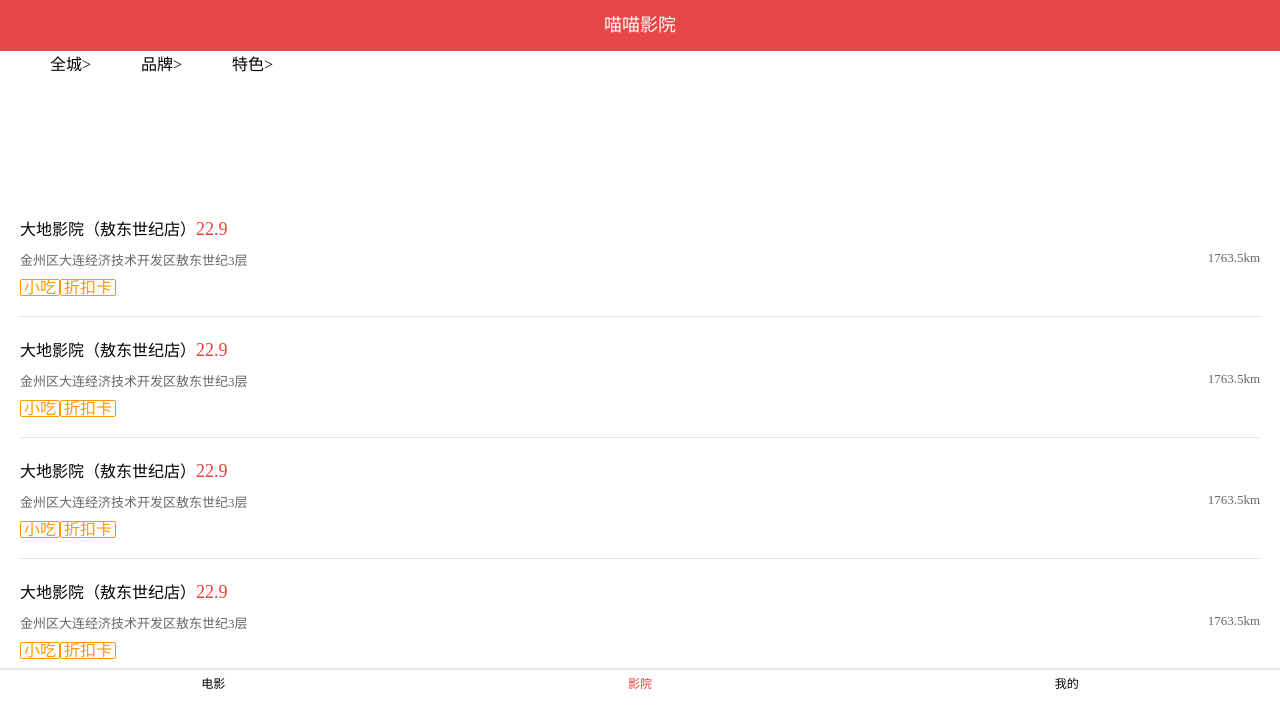
Repository: X-J-0/miaomiao_film
Page: /cinema (app in miaomiao/)
The author's editor kept a copy of each file at every save. The page is drawn from the files as they stood at one save, then again after the next save.
The browser window is 1280 px wide. The pictures show the whole page.
The project was rebuilt for these pictures with package versions that can differ from the ones it lists, and the page was loaded fresh each time. Also part of the build but not shown: miaomiao/src/components/Allocate/index.vue. Imported but missing from the stored project, and not drawn on this page: miaomiao/src/components/Brand, miaomiao/src/components/Special.

Above is the page before, as saved 2020-03-24 19:41:06.

### miaomiao/public/index.html
<!DOCTYPE html>
<html lang="en">
  <head>
    <meta charset="utf-8">
    <meta http-equiv="X-UA-Compatible" content="IE=edge">
    <meta name="viewport" content="width=device-width,initial-scale=1.0,user-scalable=no">
    <link rel="icon" href="<%= BASE_URL %>favicon.ico">
    <link rel="stylesheet" href="<%= BASE_URL %>css/common.css">
    <!-- <link rel="stylesheet" href="<%= BASE_URL %>css/common.css"> -->
    <title><%= htmlWebpackPlugin.options.title %></title>
  </head>
  <body>
    <noscript>
      <strong>We're sorry but <%= htmlWebpackPlugin.options.title %> doesn't work properly without JavaScript enabled. Please enable it to continue.</strong>
    </noscript>
    <div id="app"></div>
    <!-- built files will be auto injected -->
  </body>
</html>

### miaomiao/src/App.vue
<template>
    <keep-alive>
        <router-view/>
    </keep-alive>
</template>

<style lang="scss">
</style>

### miaomiao/src/router/index.js
import Vue from 'vue'
import VueRouter from 'vue-router'
import movieRouter from './movie'
import mineRouter from './mine'
import cinemaRouter from './cinema'

Vue.use(VueRouter)


const router = new VueRouter({
  mode: 'history',
  base: process.env.BASE_URL,
  routes: [
    movieRouter,
    mineRouter,
    cinemaRouter,
    {
      path:'/*',
      redirect:'/movie'
    }
  ]
})

export default router

### miaomiao/src/router/movie/index.js
export default {
    path:'/movie',
    component : () => import('@/views/Movie'),
    children:[
        {
            path:'city',
            component:()=>import('@/components/City')
        },
        {
            path:'nowPlaying',
            component:()=>import('@/components/NowPlaying')
        },
        {
            path:'comingSoon',
            component:()=>import('@/components/ComingSoon')
        },
        {
            path:'search',
            component:()=>import('@/components/Search')
        },
        {
            path:'/movie',
            redirect:'/movie/nowPlaying'
        }
    ]
}

### miaomiao/src/router/mine/index.js
export default {
    path:'/mine',
    component : () => import('@/views/Mine'),
    children:[
        {
            path:'center',
            component:()=>import('@/views/Mine/center.vue')
        },
        {
            path:'login',
            component:()=>import('@/components/Login')
        },
        {
            path:'register',
            component:()=>import('@/components/Register')
        },
        {
            path:'findPassword',
            component:()=>import('@/components/FindPassword')
        },
        {
            path:'/mine',
            redirect:'center'
        }
    ]
}

### miaomiao/src/router/cinema/index.js
export default {
    path:'/cinema',
    component : () => import('@/views/Cinema'),
    children:[
        {
            path:'allocate',
            component:()=>import('@/components/Allocate')
        },
        {
            path:'brand',
            component:()=>import('@/components/Brand')
        },
        {
            path:'special',
            component:()=>import('@/components/Special')
        },
        {
            path:'/cinema',
            redirect:'/cinema/allocate'
        }
    ]
}

### miaomiao/src/views/Cinema/index.vue
<template>
    <div id="main">
        <Header title="喵喵影院" />
        <div id="content">
          <ul class="cinema_menu">
            <li class="city_switch">
              全城>
            </li>
            <li class="brand_switch">
              品牌>
            </li>
            <li class="feature_switch">
              特色>
            </li>
          </ul>
        </div>
        <Clist/>
        <TabBar />
    </div>
</template>

<script>

import Header from '@/components/Header';
import TabBar from '@/components/TabBar';
import Clist from '@/components/Clist';
export default {
  name:'Cinema',
    components : {
    Header,
    TabBar,
    Clist
  },
  data(){
   return {

   }
  }
}
</script>

<style scoped>
.cinema_menu li{
  margin-left:50px;
  float:left;
}
</style>

### miaomiao/src/components/Header/index.vue
<template>
    <header id="header">
        <h1>{{title}}</h1>
    </header>
</template>

<script>
export default {
  name:'Header',
  props:{
      title:{
          type:String,
          default:'喵喵电影'
      }
  }
}
</script>

<style scoped>
#header{width:100%;height:50px;color:#fff;background-color: #e54847;border-bottom:1px solid #e54847;position: relative;}
#header h1{font-size:18px;text-align: center;line-height: 50px; font-weight: normal;}
#header i{position:absolute;left:5px;top:50%;margin-top:-13px;font-size:26px;}
</style>

### miaomiao/src/components/TabBar/index.vue
<template>
    <footer id="footer">
        <ul>
            <router-link tag="li" to="/movie">
                <!-- <i class="iconfont icon-dianying"></i> -->
                <p>电影</p>
            </router-link>
            <router-link tag="li" to="/cinema">
                <!-- <i class="iconfont icon-yingyuan"></i> -->
                <p>影院</p>
            </router-link>
            <router-link tag="li" to="/mine">
                <!-- <i class="iconfont icon-dianying"></i> -->
                <p>我的</p>
            </router-link>
        </ul>
    </footer>
</template>

<script>
export default {
  name:'Footer',
  data(){
   return {

   }
  }
}
</script>

<style scoped>
#footer{width:100%; height:50px;background-color: #fff;border-top:2px #ebe8e3 solid;position:fixed;left:0;bottom:0;}
#footer ul{display:flex;text-align: center;height:50px;align-items:center;}
#footer ul li{flex:1;height:40px;}
#footer ul li.active{color:#f03d37;}
#footer ul li.router-link-active{color:#f03d37;}
#footer ul i{font-size:20px;}
#footer ul p{font-size:12px;line-height:18px;}
</style>

### miaomiao/src/components/Clist/index.vue
<template>
<div class="cinema_body">
    <ul>
        <li>
            <div>
                <span>大地影院（敖东世纪店）</span>
                <span class="q"><span class="price">22.9</span></span>
            </div>
            <div class="address">
                <span>金州区大连经济技术开发区敖东世纪3层</span>
                <span>1763.5km</span>
            </div>
            <div class="card">
                <div>小吃</div>
                <div>折扣卡</div>
            </div>
        </li>
        <li>
            <div>
                <span>大地影院（敖东世纪店）</span>
                <span class="q"><span class="price">22.9</span></span>
            </div>
            <div class="address">
                <span>金州区大连经济技术开发区敖东世纪3层</span>
                <span>1763.5km</span>
            </div>
            <div class="card">
                <div>小吃</div>
                <div>折扣卡</div>
            </div>
        </li>
        <li>
            <div>
                <span>大地影院（敖东世纪店）</span>
                <span class="q"><span class="price">22.9</span></span>
            </div>
            <div class="address">
                <span>金州区大连经济技术开发区敖东世纪3层</span>
                <span>1763.5km</span>
            </div>
            <div class="card">
                <div>小吃</div>
                <div>折扣卡</div>
            </div>
        </li>
        <li>
            <div>
                <span>大地影院（敖东世纪店）</span>
                <span class="q"><span class="price">22.9</span></span>
            </div>
            <div class="address">
                <span>金州区大连经济技术开发区敖东世纪3层</span>
                <span>1763.5km</span>
            </div>
            <div class="card">
                <div>小吃</div>
                <div>折扣卡</div>
            </div>
        </li>
    </ul>
</div>
</template>

<script>
export default {
  name:'Clist',
  data(){
   return {

   }
  }
}
</script>

<style scoped>
#content .cinema_body{flex:1;overflow:auto;}
.cinema_body ul{padding:20px;}
.cinema_body li{border-bottom:1px solid #e6e6e6;margin-bottom:20px;}
.cinema_body div{margin-bottom:10px;}
.cinema_body .q{font-size:11px;color:#f03d37;}
.cinema_body .price{font-size:18px;}
.cinema_body .address{font-size:13px;color:#666;}
.cinema_body .address span:nth-of-type(2){float:right;}
.cinema_body .card{display:flex;}
.cinema_body .card div{padding:0 3px;height:15px;line-height: 15px;border-radius: 2px;color:#f90;border:1px solid #f90;}
.cinema_body .card div.or{color:#f90;border:1px solid #f90;}
.cinema_body .card div.bl{color:#589daf;border:1px solid #589daf;}
</style>

### miaomiao/public/css/common.css
*{ margin : 0; padding : 0;}
ul,li{ list-style: none}
img{ display: block}
html, body{ height:100%}
.clearfix:after{ content:""; display:block; clear:both}
#main{ height: 100%; display: flex; flex-direction: column;}
#content{ flex:1; overflow:auto; margin-bottom: 50px;position: relative;display: flex;flex-direction: column;}

Loaded but not shown: miaomiao/src/main.js (common file); miaomiao/src/store/index.js (common file)

After the next save:
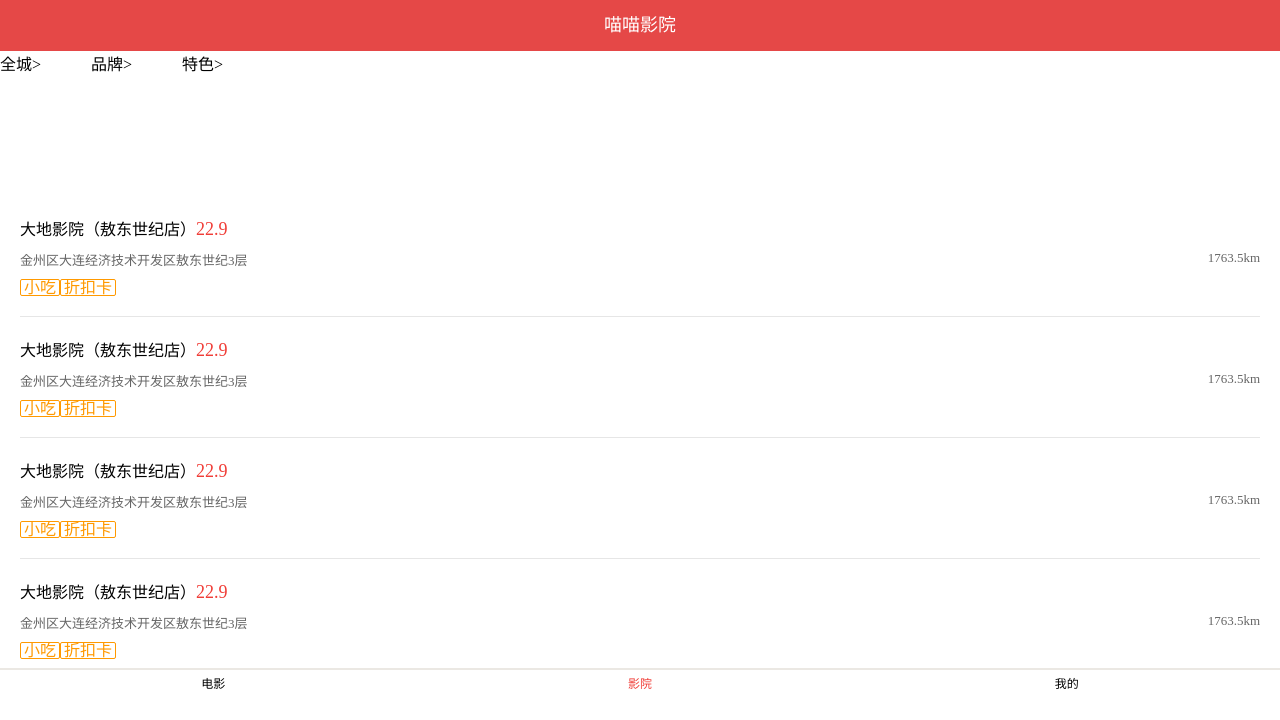
Saved 11 s later.
--- a/miaomiao/src/views/Cinema/index.vue
+++ b/miaomiao/src/views/Cinema/index.vue
@@ -41,7 +41,7 @@ export default {
 
 <style scoped>
 .cinema_menu li{
-  margin-left:50px;
+  margin-right:50px;
   float:left;
 }
 </style>
